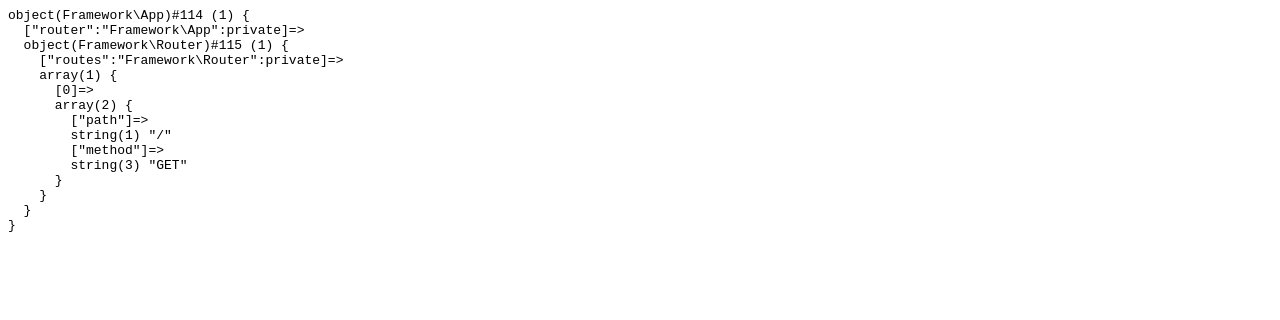
Repository: Conjet/PHPiggy
Page: http://localhost/about
The author's editor kept a copy of each file at every save. The page is drawn from the files as they stood at one save, then again after the next save.
The browser window is 1280 px wide. The pictures show the whole page.
The page is run by PHP 8.4 with error messages shown; the project is at /var/www/html/.

Above is the page before, as saved 2023-08-29 23:42:10.

After the next save:
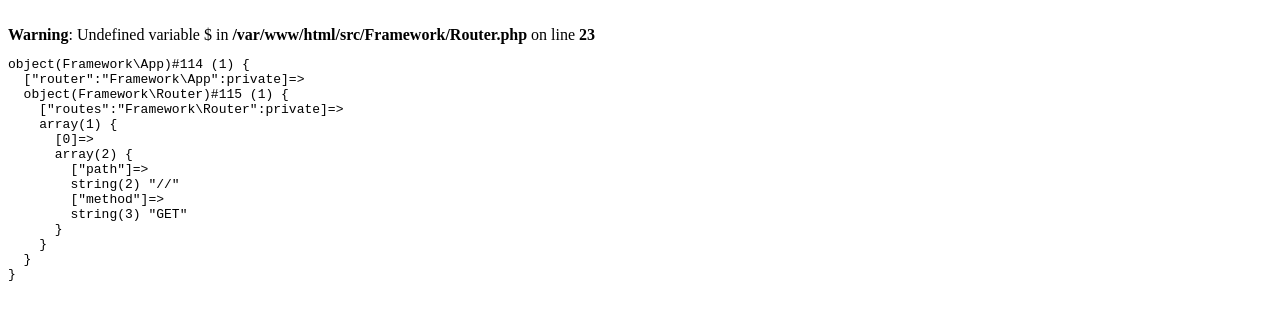
Saved 3 min 35 s later.
--- a/src/Framework/Router.php
+++ b/src/Framework/Router.php
@@ -9,9 +9,19 @@
     private array $routes = [];
 
     public function add(string $method, string $path) {
+
+        $path = $this->normalizePath($path);
+
         $this->routes[] = [
             'path' => $path,
             'method' => strtoupper($method)
         ];
     }
+
+    private function normalizePath(string $path) : string {
+        $path = trim($path, '/');
+        $path = "/${$path}/";
+
+        return $path;
+    }
 }

After the save that followed:
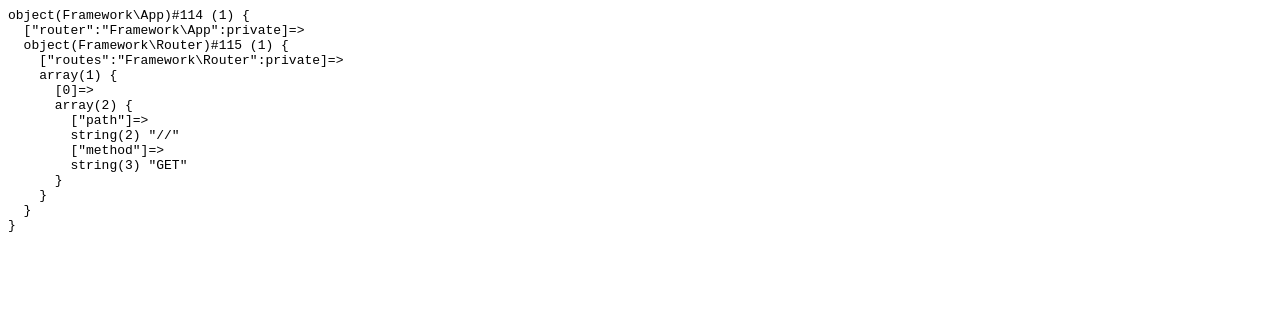
Saved 2 min 18 s later.
--- a/src/Framework/Router.php
+++ b/src/Framework/Router.php
@@ -20,7 +20,7 @@
 
     private function normalizePath(string $path) : string {
         $path = trim($path, '/');
-        $path = "/${$path}/";
+        $path = '/'.$path.'/';
 
         return $path;
     }
